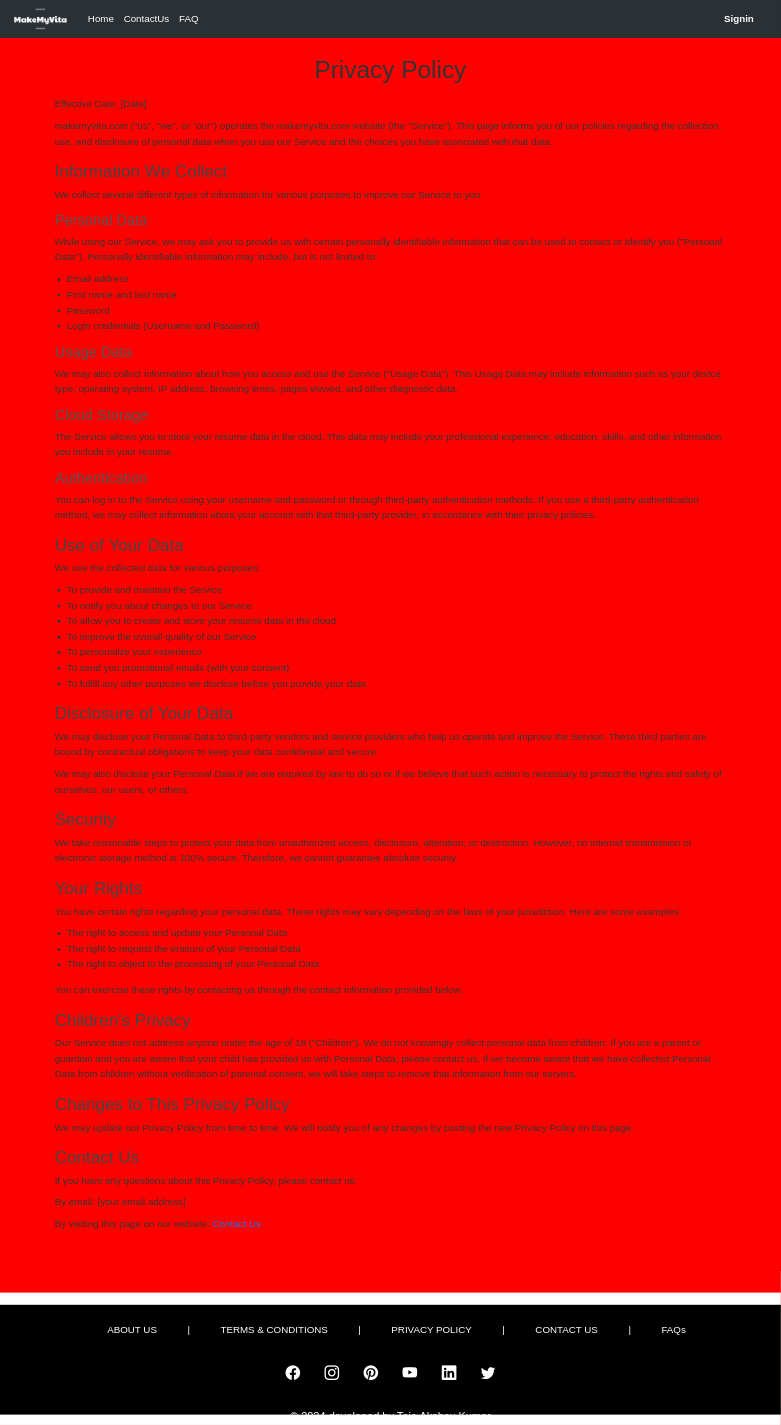
Repository: Tejaakshaykumar/MakeMyVita-Resume-Builder-Website
Page: /privacy (app in frontend/)
The author's editor kept a copy of each file at every save. The page is drawn from the files as they stood at one save, then again after the next save.
The browser window is 1280 px wide. The pictures show the whole page, at 61% of full size.
Some web libraries are served in a nearby version. The project was rebuilt for these pictures with package versions that can differ from the ones it lists, and the page was loaded fresh each time. Also part of the build but not shown: frontend/src/App.css, frontend/src/containers/About.js, frontend/src/containers/Buildresume.js, frontend/src/containers/Images.js, frontend/src/containers/Features.js, frontend/src/containers/Review.js, frontend/src/containers/Trybox.js, frontend/src/containers/Motionbox.js and 5 more.

Above is the page before, as saved 2024-06-10 11:56:56.

After the next save:
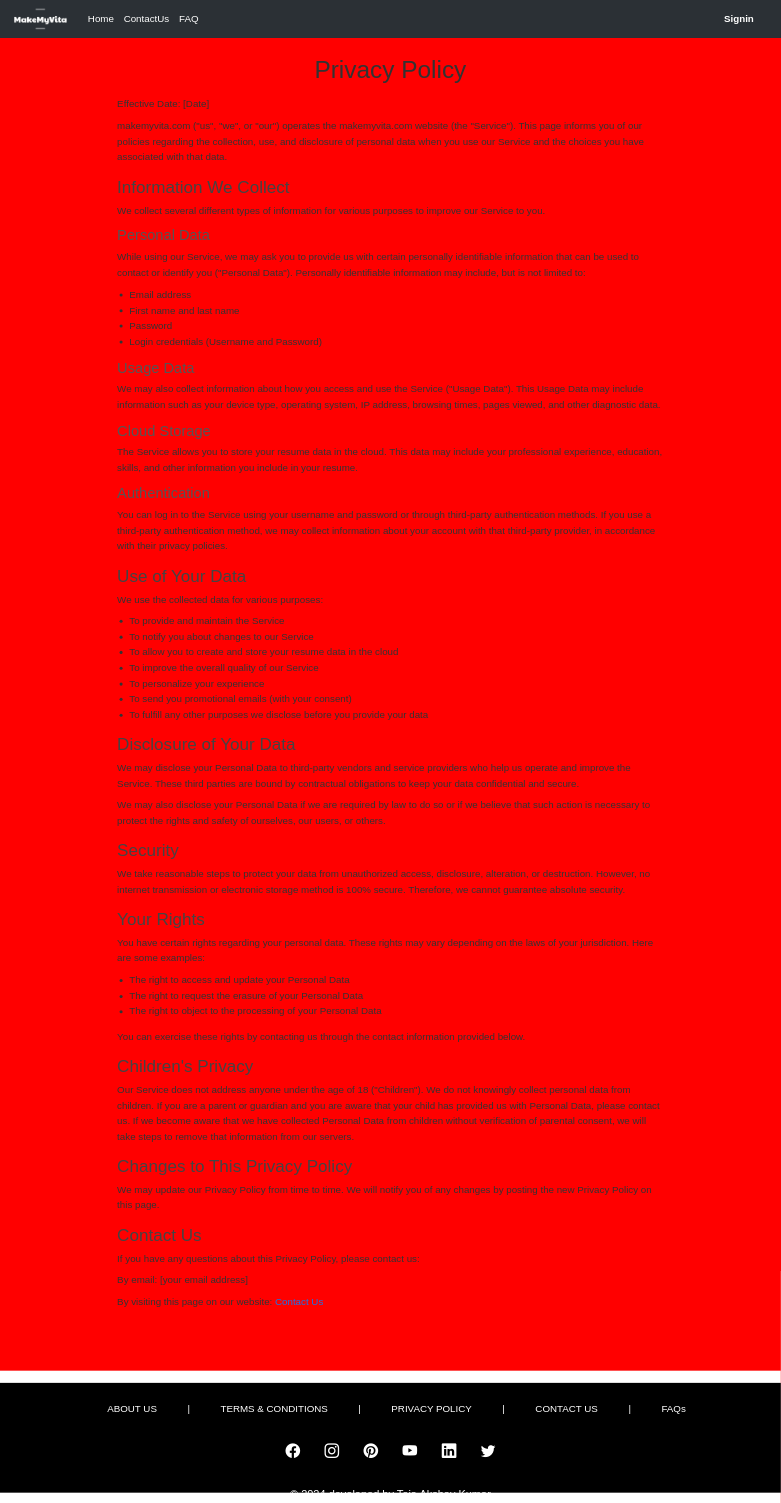
Saved 5 s later.
--- a/frontend/src/pages/pagestyles.css
+++ b/frontend/src/pages/pagestyles.css
@@ -53,7 +53,7 @@
   /* Privacy */
   .privacy-container {
     max-width: 100%;
-    padding: 7% ;
+    padding: 7% 15%;
     font-family: 'Arial', sans-serif;
     color: #333;
     line-height: 1.6;
